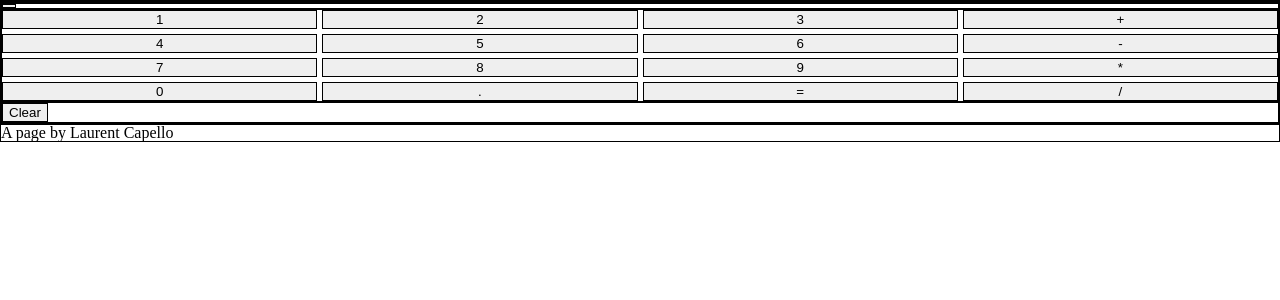
Repository: sokafootball/js-calculator
Page: index.html
These files come from the project's save history. The page is drawn as it stood at one moment and after the next save; the edit follows.
The browser window is 1280 px wide. The pictures show the whole page.

Above is the page before, as saved 2020-04-25 10:30:43.

### index.html
<html>
<head>
  <link rel="stylesheet" type="text/css" href="reset.css">
  <link rel="stylesheet" type="text/css" href="style.css">
  <link rel="stylesheet" type="text/css" href="wireframe.css">
</head>
<body>
<main id="main">
  <div id="calculator">
    <div id="calc-top">
      <p id="display"></p>
      <button id="backspace" class="button"></button>
    </div>
    <div id="calc-mid">
      <button class="button">1</button>
      <button class="button">2</button>
      <button class="button">3</button>
      <button class="button">+</button>
      <button class="button">4</button>
      <button class="button">5</button>
      <button class="button">6</button>
      <button class="button">-</button>
      <button class="button">7</button>
      <button class="button">8</button>
      <button class="button">9</button>
      <button class="button">*</button>
      <button class="button">0</button>
      <button class="button">.</button>
      <button class="button">=</button>
      <button class="button">/</button>
    </div>
    <div id="calc-bottom">
      <button class="button">Clear</button>
    </div>
  </div>
</main>
<footer>
  <p>A page by <span id="signature">Laurent Capello</span></p>
</footer>
<script type="text/javascript" src="script.js"></script>
</body>
</html>

### style.css
#calc-mid{
  column-gap: 5px;
  display: grid;
  grid-template-columns: repeat(4, 1fr);
  grid-template-rows: repeat(4, 1fr);
  row-gap: 5px;
}

### wireframe.css
button, div, p {
  border: 1px solid black;
}

Loaded but not shown: reset.css (common file); script.js (no copy from this time; the picture is the same without it)

After the next save:
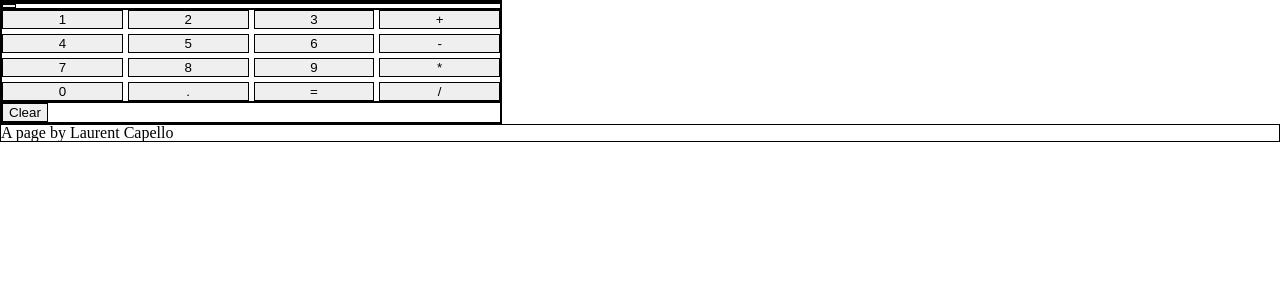
Saved 66 s later.
--- a/style.css
+++ b/style.css
@@ -1,3 +1,9 @@
+#calculator{
+  display: flex;
+  flex-direction: column;
+  width: 500px;
+}
+
 #calc-mid{
   column-gap: 5px;
   display: grid;
